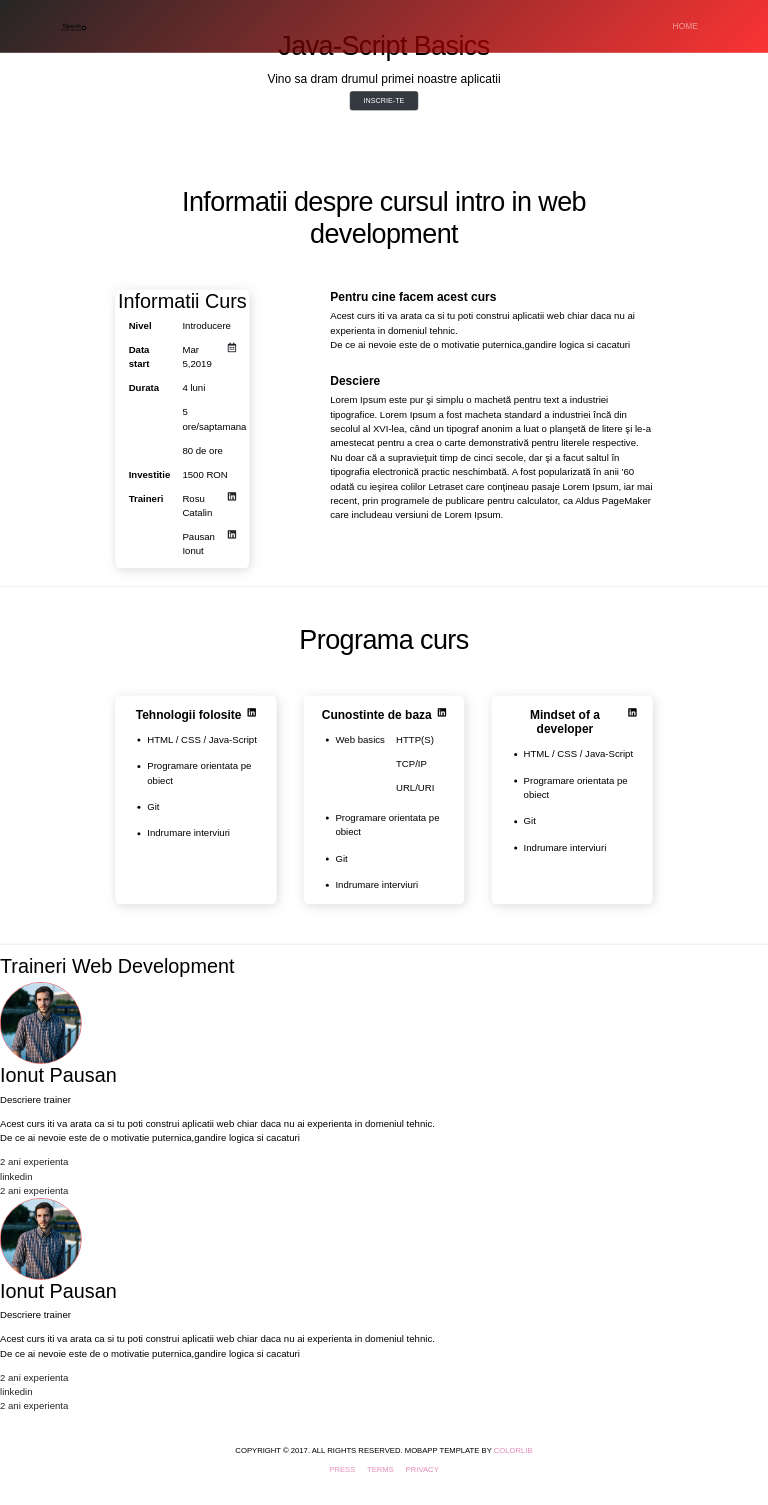
Repository: RosuCatalinDorin/ITSchool
Page: detaliiCurs/views/detalii-curs.html
The author's editor kept a copy of each file at every save. The page is drawn from the files as they stood at one save, then again after the next save.
The browser window is 1280 px wide. The pictures show the whole page, at 60% of full size.
Some web libraries are served in a nearby version.

Above is the page before, as saved 2019-03-12 08:21:43.

After the next save:
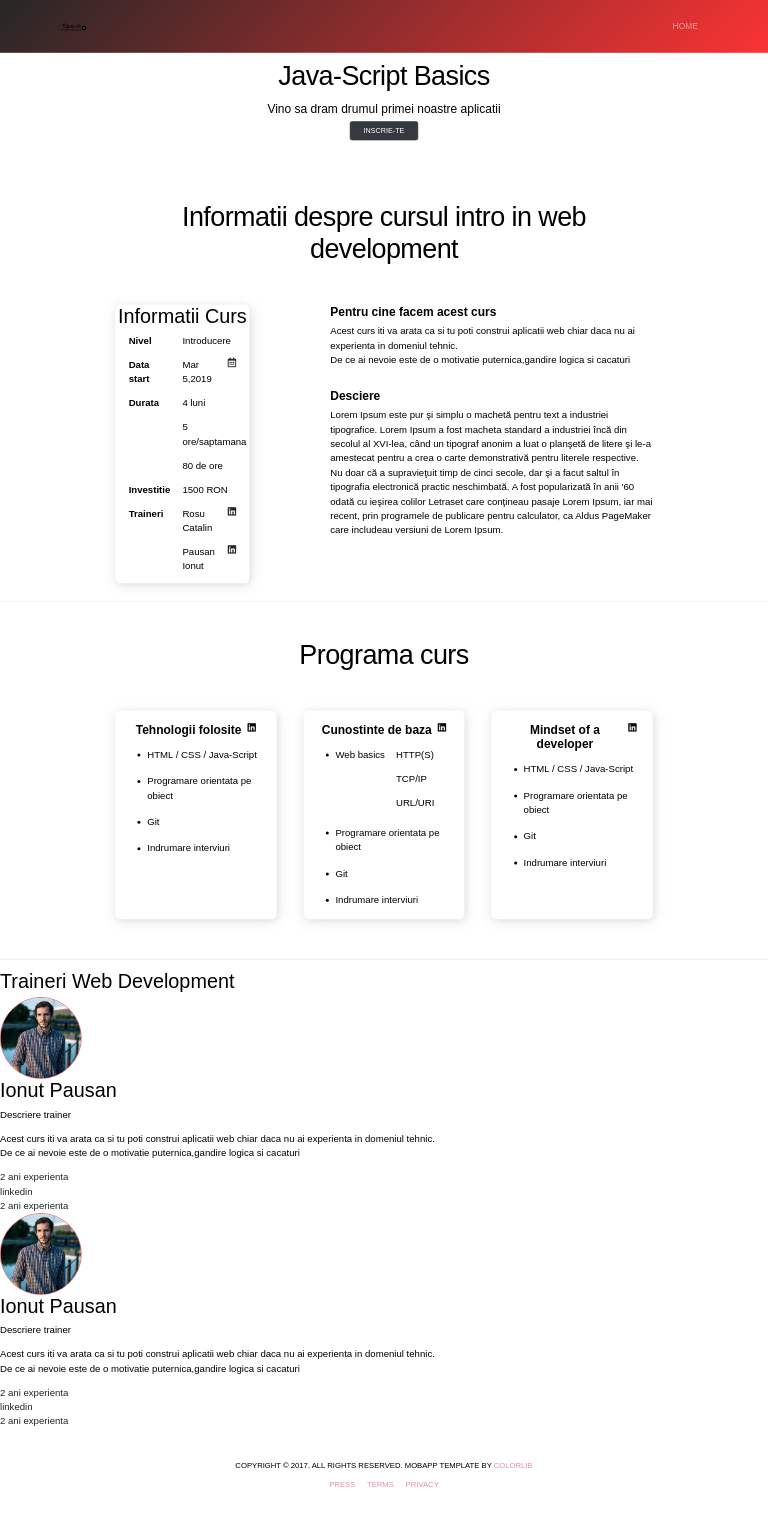
Saved 62 s later.
--- a/detaliiCurs/css/detalii-curs.css
+++ b/detaliiCurs/css/detalii-curs.css
@@ -1,6 +1,6 @@
 /* Header start */
 .header-detalii-curs {
-    padding: 50px 0 50px 0;
+    padding-bottom:25px;
 }
 
 .container-detalii-curs {
